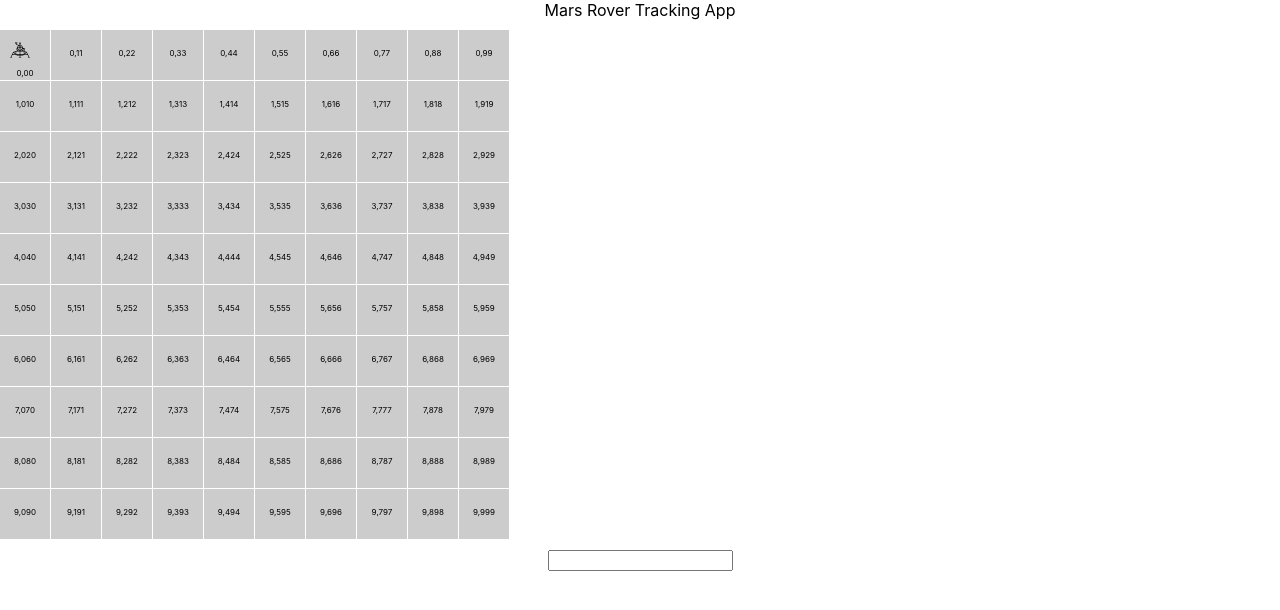
Repository: madhurisandbhor/Rover-Tracking-App
Page: /
An editor plug-in stored every save of this project. The page is shown before and after the next save, followed by the edit.
The browser window is 1280 px wide. The pictures show the whole page.
The project was rebuilt for these pictures with package versions that can differ from the ones it lists, and the page was loaded fresh each time.

Above is the page before, as saved 2021-09-06 18:43:32.

### src/App.js
import './App.css';
import Grid from './Grid'

function App() {
  return (
    <div className="App">
      <div>Mars Rover Tracking App</div>
      <Grid />
    </div>
  );
}

export default App;

### src/Grid.jsx
import React, { useState, useEffect } from 'react'
import { maxY, maxX, x, y, d } from './constants'
import testGrid from './testGrid'
import roverIcon from './svg/rover-icon.svg'

const wrapper = {
  width: '100%',
  margin: '10px auto',
  display: 'grid',
  gridTemplateColumns: `repeat(${maxY + 1}, 50px)`,
  gridTemplateRows: `repeat(${maxX + 1}, 50px)`,
  gridGap: '1px',
}

const itemStyle = {
  padding: '10px',
  backgroundColor: '#ccc',
}

const itemSpan = {
  fontSize: '8px',
}

const roverImg = {
  width: '20px',
  height: '20px',
  alignText: 'center',
}

const Grid = () => {
  const gridLength = (maxX + 1) * (maxY + 1)
  const arr = Array(gridLength).fill()
  const [input, setInput] = useState('')
  const [roverXPosition, setRoverXPosition] = useState(x)
  const [roverYPosition, setRoverYPosition] = useState(y)
  //   const [roverDirection, setRoverDirection] = useState(d)

  useEffect(() => {
    const result = testGrid(input)
    setRoverXPosition(result[0]) // X-position
    setRoverXPosition(result[1]) // y-position
  }, [input])

  return (
    <div>
      <div style={wrapper}>
        {arr.map((item, index) => (
          <div key={index} style={itemStyle}>
            {roverXPosition * 10 + roverYPosition === index && (
              <div style={roverImg}>
                <img style={{ width: '100%' }} src={roverIcon} alt="rover" />
              </div>
            )}
            <span style={itemSpan}>
              {Math.floor(index / 10)},{index % 10}
              {index}
            </span>
          </div>
        ))}
      </div>
      <input
        name="inputString"
        value={input}
        onChange={(event) => setInput(event.target.value)}
      />
    </div>
  )
}

export default Grid

### src/constants.js
export const x = 0, y = 0, maxX = 9, maxY = 9;
export const d = 'N';
export const directionsToRight = ['N', 'E', 'S', 'W']
export const directionsToLeft = ['N', 'W', 'S', 'E']

### src/testGrid.js
import {
  x,
  y,
  d,
  directionsToRight,
  directionsToLeft,
  maxX,
  maxY,
} from './constants'

const testGrid = (testString) => {
  const roverPosition = [x, y, d]
  const testArr = testString.split('')

  for (let i = 0; i < testArr.length; i++) {
    if (testArr[i] === 'r') {
      let currDirIndex = directionsToRight.findIndex(
        (item) => item === roverPosition[2]
      )
      if (currDirIndex > -1 && currDirIndex < 3)
        roverPosition[2] = directionsToRight[currDirIndex + 1]
      else roverPosition[2] = directionsToRight[0]
    } else if (testArr[i] === 'l') {
      let currDirIndex = directionsToLeft.findIndex(
        (item) => item === roverPosition[2]
      )
      if (currDirIndex > -1 && currDirIndex < 3)
        roverPosition[2] = directionsToLeft[currDirIndex + 1]
      else roverPosition[2] = directionsToLeft[0]
    } else if (testArr[i] === 'f') {
      if (roverPosition[2] === 'E') {
        if (roverPosition[1] < maxY) roverPosition[1]++
        else roverPosition[1] = 0
      } else if (roverPosition[2] === 'S') {
        if (roverPosition[0] < maxX) roverPosition[0]++
        else roverPosition[0] = 0
      } else if (roverPosition[2] === 'N') {
        if (roverPosition[0] <= 0) roverPosition[0] = maxX
        else roverPosition[0]--
      } else if (roverPosition[2] === 'W') {
        if (roverPosition[1] <= 0) roverPosition[1] = maxY
        else roverPosition[1]--
      }
    }
  }

  return roverPosition
}

export default testGrid

Loaded but not shown: public/index.html (common file); src/index.js (common file); src/index.css (common file); src/App.css (common file)

After the next save:
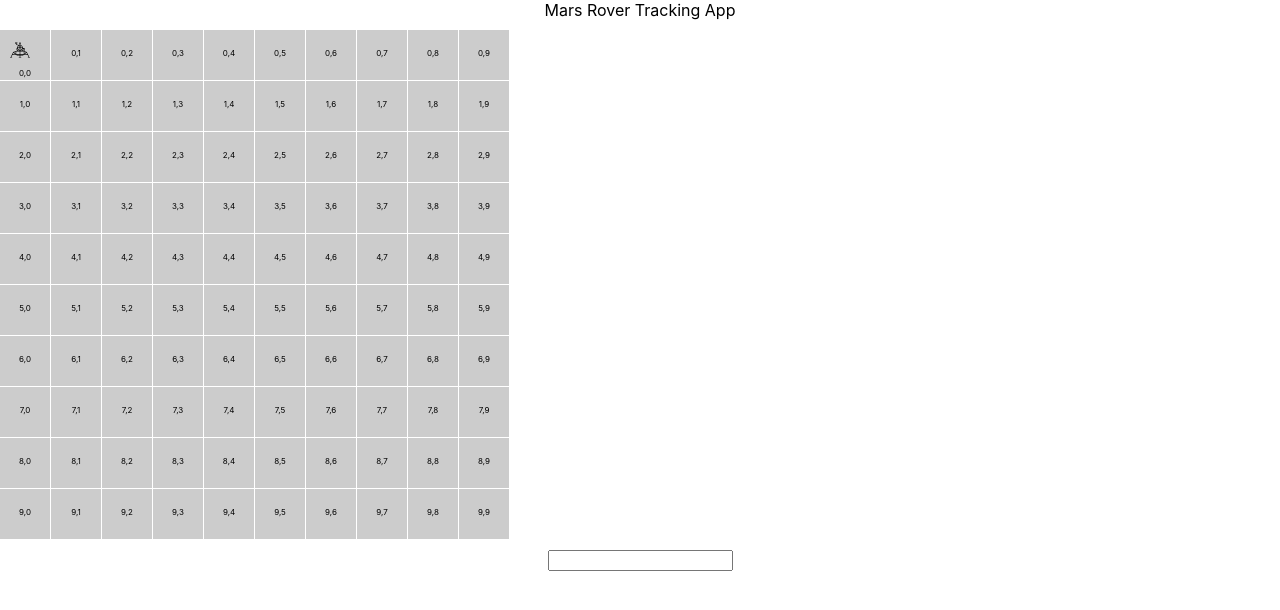
Saved 5 s later.
--- a/src/Grid.jsx
+++ b/src/Grid.jsx
@@ -53,7 +53,6 @@ const Grid = () => {
             )}
             <span style={itemSpan}>
               {Math.floor(index / 10)},{index % 10}
-              {index}
             </span>
           </div>
         ))}
